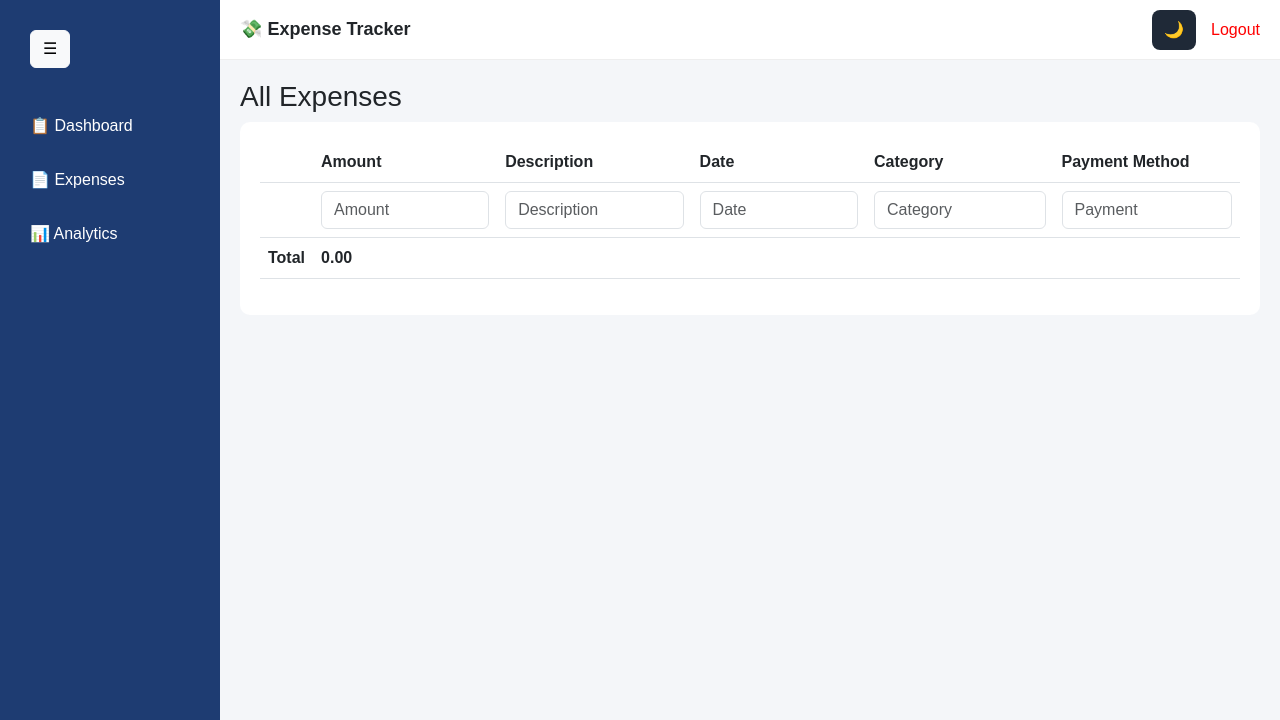
Repository: TejasChoudhary1996/expense-microservices
Page: http://localhost/ui-service/WEB-INF/jsp/pages/expenses.jsp
The author's editor kept a copy of each file at every save. The page is drawn from the files as they stood at one save, then again after the next save.
The browser window is 1280 px wide. The pictures show the whole page.
The page is served by Tomcat 10. Nobody is signed in. Other server files are loaded and not shown. The template is opened directly, without the code that normally fills it, so the values that code supplies are empty.

Above is the page before, as saved 2026-03-29 17:37:02.

### ui-service/src/main/webapp/WEB-INF/jsp/pages/expenses.jsp
<%@ page contentType="text/html; charset=UTF-8" pageEncoding="UTF-8"%>
<%@ include file="../layout/header.jsp" %>
<%@ include file="../layout/sidebar.jsp" %>

<div class="content">

<h3>All Expenses</h3>

<div class="card-box">
<table class="table" id="expenseTable">

<thead>
<tr>
<th></th>
<th>Amount</th>
<th>Description</th>
<th>Date</th>
<th>Category</th>
<th>Payment Method</th>
</tr>

<!-- FILTER ROW -->
<tr>
<th></th>
<th><input type="text" class="form-control filter" placeholder="Amount"></th>
<th><input type="text" class="form-control filter" placeholder="Description"></th>
<th><input type="text" class="form-control filter" placeholder="Date"></th>
<th><input type="text" class="form-control filter" placeholder="Category"></th>
<th><input type="text" class="form-control filter" placeholder="Payment"></th>
</tr>
</thead>

<tbody>
<c:forEach var="e" items="${expenses}">
<tr>
<th></th>
<td>${e.amount}</td> <!-- removed ₹ for better filtering -->
<td>${e.description}</td>
<td>${e.expenseDate}</td>
<td>${e.category}</td>
<td>${e.paymentMethod}</td>
</tr>
</c:forEach>
</tbody>
<tfoot>
<tr>
    <th colspan="1">Total</th>
    <th id="totalAmount">0</th>
    <th colspan="4"></th>
</tr>
</tfoot>

</table>
</div>

</div>

<script>
document.addEventListener("DOMContentLoaded", function () {

    const filters = document.querySelectorAll(".filter");
    const rows = document.querySelectorAll("#expenseTable tbody tr");
    const totalElement = document.getElementById("totalAmount");

    function updateTable() {
        let total = 0;

        rows.forEach(row => {
            let show = true;

            filters.forEach((f, i) => {
                let val = f.value.trim().toLowerCase();

                // ✅ OFFSET by +1 because first column is empty
                let cell = row.cells[i + 1];
                let cellText = cell ? cell.innerText.toLowerCase() : "";

                if (val && !cellText.includes(val)) {
                    show = false;
                }
            });

            row.style.display = show ? "" : "none";

            // ✅ Amount is still column index 1
            if (show) {
                let amount = parseFloat(row.cells[1].innerText) || 0;
                total += amount;
            }
        });

        totalElement.innerText = total.toFixed(2);
    }

    filters.forEach(input => {
        input.addEventListener("keyup", updateTable);
    });

    updateTable();

});
</script>
</body>
</html>

### ui-service/src/main/webapp/WEB-INF/jsp/layout/header.jsp
<%@ page contentType="text/html; charset=UTF-8" pageEncoding="UTF-8"%>

<!DOCTYPE html>
<html>
<head>

<meta charset="UTF-8">
<meta name="viewport" content="width=device-width, initial-scale=1">

<title>Expense Tracker</title>

<link href="https://cdn.jsdelivr.net/npm/bootstrap@5.3.0/dist/css/bootstrap.min.css" rel="stylesheet">
<script src="https://cdn.jsdelivr.net/npm/chart.js"></script>
<script src="https://cdn.jsdelivr.net/npm/bootstrap@5.3.0/dist/js/bootstrap.bundle.min.js"></script>
<%@ taglib prefix="c" uri="jakarta.tags.core"%>

<style>
body {
    margin: 0;
    font-family: 'Poppins', sans-serif;
    background: #f4f6f9;
}

/* ===== SIDEBAR ===== */
.sidebar {
    width: 220px;
    height: 100vh;
    background: #1e3c72;
    color: white;
    position: fixed;
    top: 0;
    left: 0;
    padding: 20px;
}

/* ===== HEADER ===== */
.header {
    position: fixed;
    top: 0;
    left: 220px;
    right: 0;
    height: 60px;
    background: white;
    display: flex;
    align-items: center;
    justify-content: space-between;
    padding: 0 20px;
    border-bottom: 1px solid #eee;
    z-index: 1000;
}

/* Header title modern look */
.header h5 {
    margin: 0;
    font-weight: 600;
    font-size: 18px;
}

/* ===== CONTENT ===== */
.content {
    margin-left: 220px;
    margin-top: 60px;
    padding: 20px;
}

/* ===== CARD ===== */
.card-box {
    background: white;
    padding: 20px;
    border-radius: 10px;
    margin-bottom: 20px;
}

/* ===== BUTTON ===== */
.btn-primary {
    background: #ff7a18;
    border: none;
}

/* ===== SIDEBAR LINKS ===== */
.sidebar a {
    display: block;
    padding: 10px;
    margin: 10px 0;
    color: white;
    text-decoration: none;
    border-radius: 8px;
}

.sidebar a:hover {
    background: rgba(255,255,255,0.1);
}

.sidebar a.active {
    background: #ff7a18;
}

/* ===== COLLAPSE ===== */
.sidebar.collapsed {
    width: 70px;
}

.sidebar.collapsed span {
    display: none;
}

.content.expanded {
    margin-left: 70px;
}

.header.expanded {
    left: 70px;
}

/* ===== DARK MODE ===== */
body.dark {
    background: #121212;
    color: white;
}

/* FIX HEADER IN DARK MODE */
body.dark .header {
    background: #1e1e1e;
    color: white;
    border-bottom: 1px solid #333;
}

body.dark .card-box {
    background: #1e1e1e;
}

body.dark .sidebar {
    background: #000;
}

body.dark input,
body.dark select {
    background: #2c2c2c;
    color: white;
    border: none;
}

/* Inputs fix */
body.dark input::placeholder {
    color: #aaa;
}

canvas {
    max-height: 300px !important;
}
</style>

<script>

function toggleSidebar() {
    const sidebar = document.getElementById("sidebar");
    const content = document.querySelector(".content");
    const header = document.querySelector(".header");

    if (!sidebar || !content || !header) return;

    sidebar.classList.toggle("collapsed");
    content.classList.toggle("expanded");
    header.classList.toggle("expanded");
}

function toggleTheme() {
    document.body.classList.toggle("dark");
}
</script>
</script>

</head>

<body>


<!-- ===== HEADER ===== -->
<div class="header">
    <h5>💸 Expense Tracker</h5>
 <div style="display:flex; align-items:center; gap:15px; margin-left:auto;">

    <!-- Dark Mode Toggle -->
    <button id="darkModeToggle"
        style="background:#1f2937; color:white; border:none; padding:8px 12px; border-radius:8px; cursor:pointer;">
        🌙
    </button>

    <!-- Logout -->
    <a href="/logout" style="color:red; text-decoration:none; font-weight:500;">
        Logout
    </a>

</div>
</div>

### ui-service/src/main/webapp/WEB-INF/jsp/layout/sidebar.jsp
<%@ page contentType="text/html; charset=UTF-8" pageEncoding="UTF-8"%>

<div class="sidebar" id="sidebar">



	<div style="display:flex; align-items:center; gap:10px; padding:10px;">

    <!-- Toggle -->
      <button onclick="toggleSidebar()" class="btn btn-light mb-3" >☰</button>

    <!-- Username -->
    <span style="font-size:24px; font-weight:600; color:white;">
        ${userName}
    </span>

</div>

  <a href="/" class="menu-item ${page == 'dashboard' ? 'active' : ''}">
        📋 <span>Dashboard</span>
    </a>

    <a href="/expenses" class="menu-item ${page == 'expenses' ? 'active' : ''}">
        📄 <span>Expenses</span>
    </a>

    <a href="/analytics" class="menu-item ${page == 'analytics' ? 'active' : ''}">
        📊 <span>Analytics</span>
    </a>

</div>

After the next save:
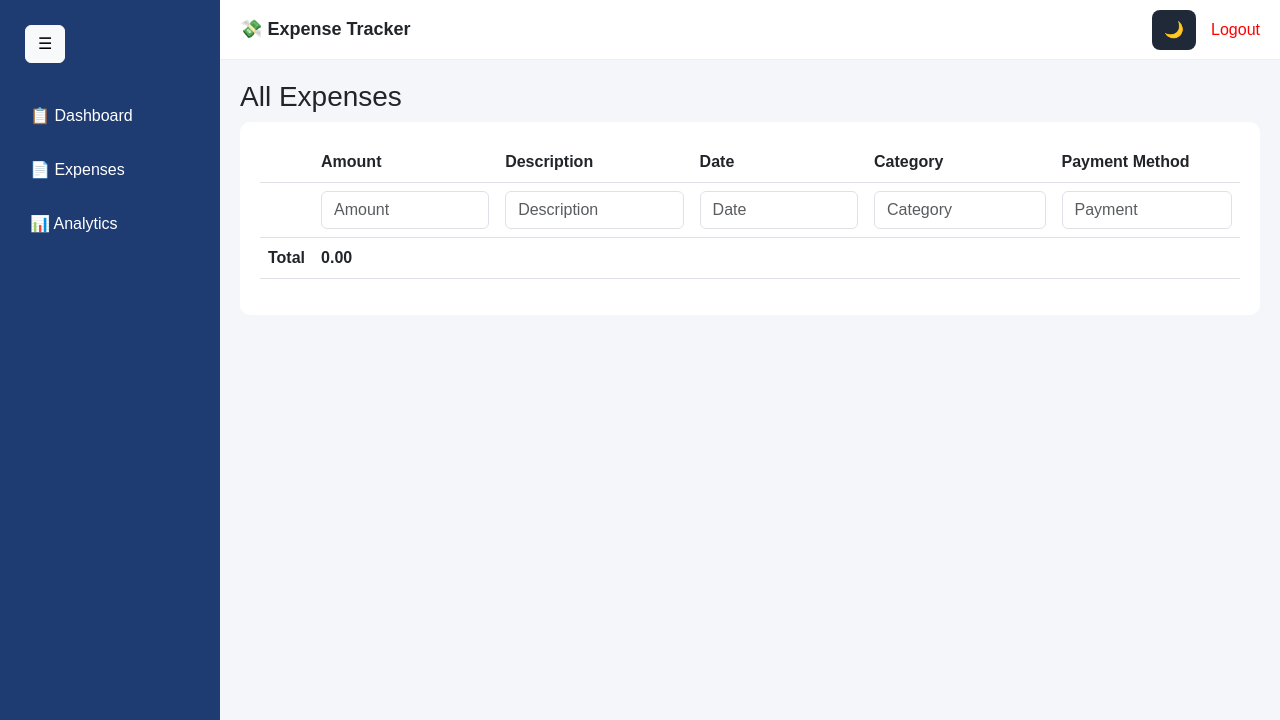
Saved 8 s later.
--- a/ui-service/src/main/webapp/WEB-INF/jsp/layout/sidebar.jsp
+++ b/ui-service/src/main/webapp/WEB-INF/jsp/layout/sidebar.jsp
@@ -4,7 +4,7 @@
 
 
 
-	<div style="display:flex; align-items:center; gap:10px; padding:10px;">
+	<div style="display:flex; align-items:center; gap:10px; padding:5px;">
 
     <!-- Toggle -->
       <button onclick="toggleSidebar()" class="btn btn-light mb-3" >☰</button>
